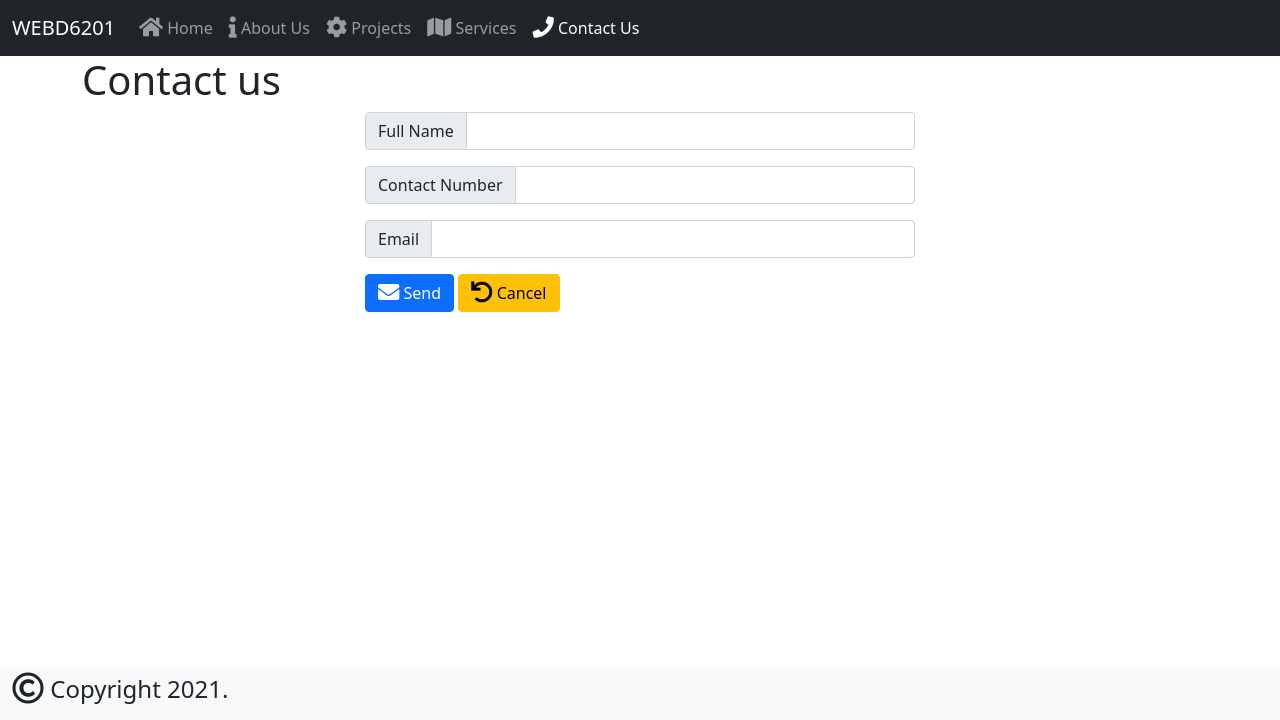
Repository: aphim/Webd6201-wk3
Page: contact.html
An editor plug-in stored every save of this project. The page is shown before and after the next save, followed by the edit.
The browser window is 1280 px wide. The pictures show the whole page.

Above is the page before, as saved 2021-01-28 09:23:43.

### contact.html
<!DOCTYPE html>
<html lang="en">
<head>
    <meta charset="UTF-8">
    <meta name="viewport" content="width=device-width, initial-scale=1.0">
    <title>Contact</title>
    <!-- CSS Section -->
    <link rel="stylesheet" href="./node_modules/bootstrap/dist/css/bootstrap.min.css">
    <link rel="stylesheet" href="./node_modules/@fortawesome/fontawesome-free/css/all.min.css">
    <link rel="stylesheet" href="./Content/app.css">
</head>
<body>
  <!-- Main Header-->
    <header>
      <!-- Main navigation-->
        <nav class="navbar navbar-expand-lg navbar-dark bg-dark">
            <div class="container-fluid">
              <a class="navbar-brand" href="index.html">WEBD6201</a>
              <button class="navbar-toggler" type="button" data-bs-toggle="collapse" data-bs-target="#navbarSupportedContent" aria-controls="navbarSupportedContent" aria-expanded="false" aria-label="Toggle navigation">
                <span class="navbar-toggler-icon"></span>
              </button>
              <div class="collapse navbar-collapse" id="navbarSupportedContent">
                <ul class="navbar-nav me-auto mb-2 mb-lg-0">
                  <li class="nav-item">
                    <a class="nav-link" aria-current="page" href="index.html"><i class="fas fa-home fa-lg"></i> Home</a>
                  </li>

                  <li class="nav-item">
                    <a class="nav-link" aria-current="page" href="about.html"><i class="fas fa-info fa-lg"></i> About Us</a>
                  </li>

                  <li class="nav-item">
                    <a class="nav-link" aria-current="page" href="projects.html"><i class="fas fa-cog fa-lg"></i> Projects</a>
                  </li>

                  <li class="nav-item">
                    <a class="nav-link" aria-current="page" href="services.html"><i class="fas fa-map fa-lg"></i> Services</a>
                  </li>

                  <li class="nav-item">
                    <a class="nav-link active" aria-current="page" href="contact.html"><i class="fas fa-phone fa-lg"></i> Contact Us</a>
                  </li>
                </ul>
              </div>
            </div>
          </nav>
    </header>

<!--Main Content-->
    <main class="container">
        <h1>Contact us</h1>
<div id="messageArea" class="alert alert-danger">default message</div>


<div class="row justify-content-lg-center g-3">
  <form class="col-lg-6 col-md-10 col-sm-10">

    <div class="input-group mb-3">
      <span class="input-group-text" id="inputGroup-sizing-default">Full Name </span>
      <input id="fullName" type="text" class="form-control" aria-label="Full Name" aria-describedby="Full Name Input"
      name="fullName" required>
    </div>

    <div class="input-group mb-3">
      <span class="input-group-text" id="inputGroup-sizing-default">Contact Number</span>
      <input id="contactNumber" type="tel" class="form-control" aria-label="Contact Number" aria-describedby="Contact Number Input"
      name="contactNumber" required>
    </div>

    <div class="input-group mb-3">
      <span class="input-group-text" id="inputGroup-sizing-default">Email</span>
      <input id="emailAddress" type="email" class="form-control" aria-label="Email Address" aria-describedby="Email Address Input"
      name="emailAddress" required>
    </div>

    <button id="sendButton" type="submit" class="btn btn-primary"><i class="fas fa-envelope fa-lg"></i> Send</button>
    <button id="cancelButton" type="reset" class="btn btn-warning"><i class="fas fa-undo fa-lg"></i> Cancel</button>
  </form>
</div>
    </main>

    <!-- Main footer-->
    <footer>
        <nav class="navbar fixed-bottom navbar-light bg-light">
            <div class="container-fluid">
              <h4><i class="far fa-copyright fa-lg"></i> Copyright 2021.</h4>
            </div>
          </nav>
    </footer>

    <!-- Script Section-->
    <script src="./node_modules/jquery/dist/jquery.min.js"></script>
    <script src="./node_modules/bootstrap/dist/js/bootstrap.bundle.min.js"></script>
    <script src="./Scripts/contact.js"></script>
    <script src="./Scripts/app.js"></script>
</body>
</html>

### Scripts/contact.js
"use strict";
// Contact Class
class Contact {

    //Mutator
    get FullName()
    {
        return this.m_fullName;
    }
    set FullName(value)
    {
        this.m_fullName = value;
    }
    get ContactNumber()
    {
        return this.m_fullName;
    }
    set ContactNumber(value)
    {
        this.m_fullName = value;
    }
    get EmailAddress()
    {
        return this.m_fullName;
    }
    set EmailAddress(value)
    {
        this.m_fullName = value;
    }

    /**
     * Contact class constructor
     * @param {*} fullName
     * @param {*} contactNumber
     * @param {*} emailAddress
     */
    constructor(fullName = "", contactNumber = "", emailAddress = "") {
        this.FullName = fullName;
        this.ContactNumber = contactNumber;
        this.EmailAddress = emailAddress;
    }

    /**
     *This method overrides the built in toString method for the contact class
     * @returns {string}
     */
    toString() {
        return `Full Name  : ${this.FullName} \nContact Number: ${this.ContactNumber} \nEmail Address: ${this.EmailAddress}`;
    }

    /**
     * This method returns a JSON object made up of the properties of teh contact class
     *
     * @returns {Object}
     */
    toJSON()
    {
        return {
            "fullName":this.FullName,
            "contactNumber": this.ContactNumber,
            "enailAddress": this.EmailAddress
        }
    }

    /**
     * This method converts the contact into a coma-separated value string
     * @returns {string}
     */
    serialize()
    {
        if (this.FullName !== "" && this.ContactNumber !== "" && this.EmailAddress !== "")
        {
            return `${this.FullName},${this.ContactNumber},${this.EmailAddress}`;
        }
        else if (this.FullName === "" && this.ContactNumber === "" && this.EmailAddress === "")
        {
            console.error("One or more properties of the Contact is empty");
            return null;
        }
    }

    /**
     *This method takes a coma-separated data string and assigns the value to the contact class properties
     * @param {string} data
     * @return {void}
     */
    deserialize(data)
    {
        let propertyArray = data.split(",");
        this.FullName = propertyArray[0];
        this.ContactNumber = propertyArray[1];
        this.EmailAddress = propertyArray[2];
    }
}

### Scripts/app.js
/* custom JavaScript goes here */

//IIFE - Immediately Invoked Function Expression
//AKA - Anonymous Self-Executing Function
//Closure - limits scope leak


"use strict";
/*
let myContact =
{
    "fullName":"Tom Smith",
    "ContactNumber":"4165555555",
    "EmailAddress":"tom@example.ca",
    "saysHello": function(){
        console.log(`${fullName} says Hello!`);
    },
    "someOtherList":{
        "friendsList":[
            "Peter Parker", "Tony stark", "Stephen Strange"
        ]
    }
};*/

(function()
{
function displayHome()
{

        let paragraphOneText = "This is a simple site to demonstrate DOM Manipulation for ICE 1";

        //Different ways to select a paragraph element "paragraph one"
        let paragraphOneElement = document.getElementById("paragraphOne");

        //let paragraphOneParagraph = document.getElementsByTagName("p")[0];
        //let paragraphOneQuery = document.querySelector("p");
        //console.log(paragraphOneElement);
        //console.log(paragraphOneParagraph);
        //console.log(paragraphOneQuery);

        paragraphOneElement.textContent = paragraphOneText;
        paragraphOneElement.className = "fs-5";

        // step 1. Create an element
        let newParagraph = document.createElement("p");
        //step 2. configure element
        newParagraph.setAttribute("id", "paragraphTwo");
        newParagraph.textContent = "...And this is paragraph two";
        //Step 3. select the parent element
        let mainContent = document.getElementsByTagName("main")[0];
        //step 4. Add/insert the element
        mainContent.appendChild(newParagraph);

        newParagraph.className = "fs-6";

        //////another way to add an element ///////
        //let paragraphThree =`<p class="fs-7 fw-bold">And this is the Third Paragraph</p>`;
        //mainContent.innerHTML = paragraphThree;

        let paragraphDiv = document.createElement("div");
        let paragraphThree = `<p id="paragraphThree" class="fs-7 fw-bold">And this is the third paragraph</p>`
        paragraphDiv.innerHTML = paragraphThree;

        //insertion before a node
        //newParagraph.before(paragraphDiv);
        newParagraph.after(paragraphDiv);

        //deletions
        //paragraphOneElement.remove();
        mainContent.removeChild(paragraphOneElement);

        //Update / modification of an element
        //mainContent.firstElementChild.textContent = "Welcome Home!";

        mainContent.innerHTML =
        `<h1 id="firstHeading">Welcome to WEBD6201 - Lab 1</h1>
        <p id="paragraphOne" class="fs-3 fw-bold">This is my first paragraph</p>`

}
function displayAbout()
{

}
function displayProjects()
{

}
function displayServices()
{

}
function displayContact()
{
    let messageArea = document.getElementById("messageArea");
    messageArea.hidden = true;
    //form validation
    let fullName = document.getElementById("fullName");
        fullName.addEventListener("blur", function()
        {
            if(fullName.value.length < 2)
            {
                fullName.focus();
                fullName.select();
                messageArea.hidden = false;
                messageArea.textContent = "Please enter an appropriate Name";
            }
            else
            {
                messageArea.removeAttribute("class");
                messageArea.hidden = true;
            }
        });

    let sendButton = document.getElementById("sendButton");
    sendButton.addEventListener("click", function(event)
    {
        //event.preventDefault();
        let contact = new Contact(fullName.value, contactNumber.value, emailAddress.value);

        if(contact.serialize())
        {
            localStorage.setItem((localStorage.length + 1).toString(), contact.serialize());
        }

    });
}




    function Start()
    {
        console.log("App Started...");

        switch(document.title)
        {
            case "Home":
                displayHome();
                break;
            case "About":
                displayAbout();
                break;
            case "Projects":
                displayProjects();
                break;
            case "Services":
                displayServices();
                break;
            case "Contact":
                displayContact();
                break;
        }

    }



    window.addEventListener("load", Start);

})();

Loaded but not shown: node_modules/bootstrap/dist/css/bootstrap.min.css (library); node_modules/@fortawesome/fontawesome-free/css/all.min.css (library); Content/app.css (common file); node_modules/jquery/dist/jquery.min.js (library); node_modules/bootstrap/dist/js/bootstrap.bundle.min.js (library)

After the next save:
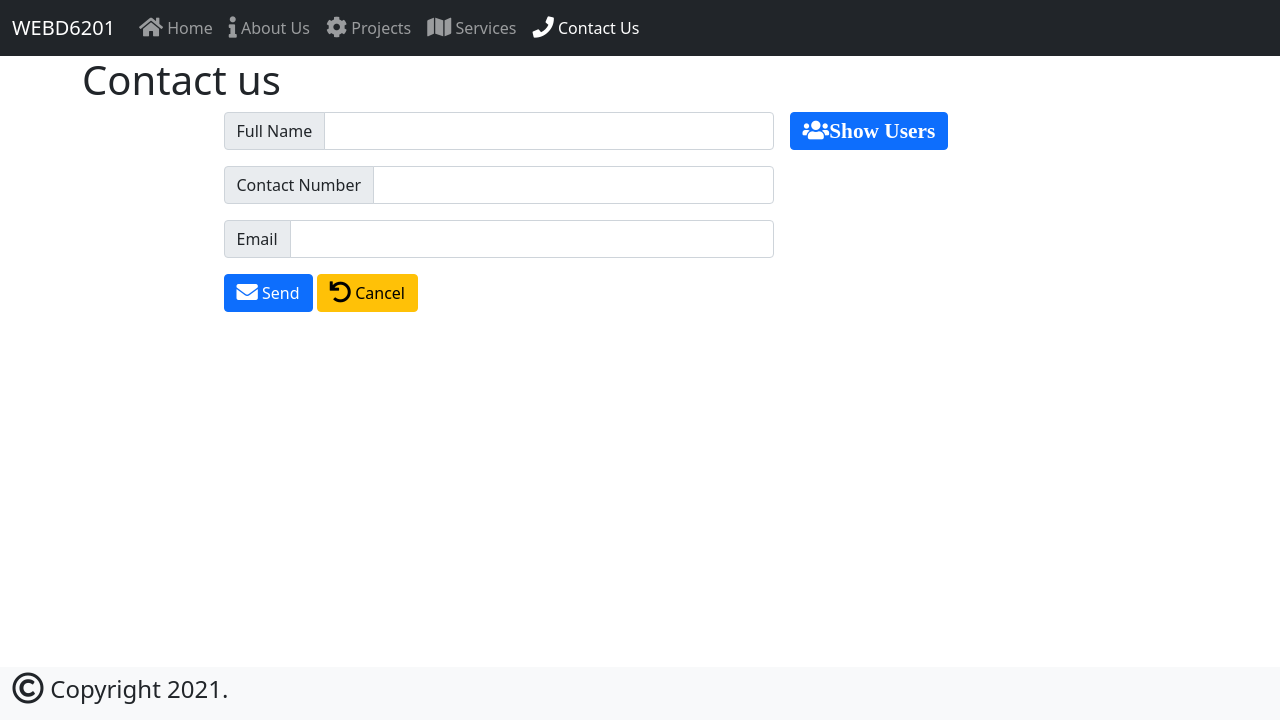
Saved 9 min 27 s later.
--- a/contact.html
+++ b/contact.html
@@ -76,6 +76,11 @@
     <button id="sendButton" type="submit" class="btn btn-primary"><i class="fas fa-envelope fa-lg"></i> Send</button>
     <button id="cancelButton" type="reset" class="btn btn-warning"><i class="fas fa-undo fa-lg"></i> Cancel</button>
   </form>
+
+  <div class="col-lg-3 col-md-3">
+    <a href="contact-list.html" class="btn btn-primary btn=lg"><i class="fas fa-users fa-lg">Show Users</i></a>
+  </div>
+
 </div>
     </main>
 
